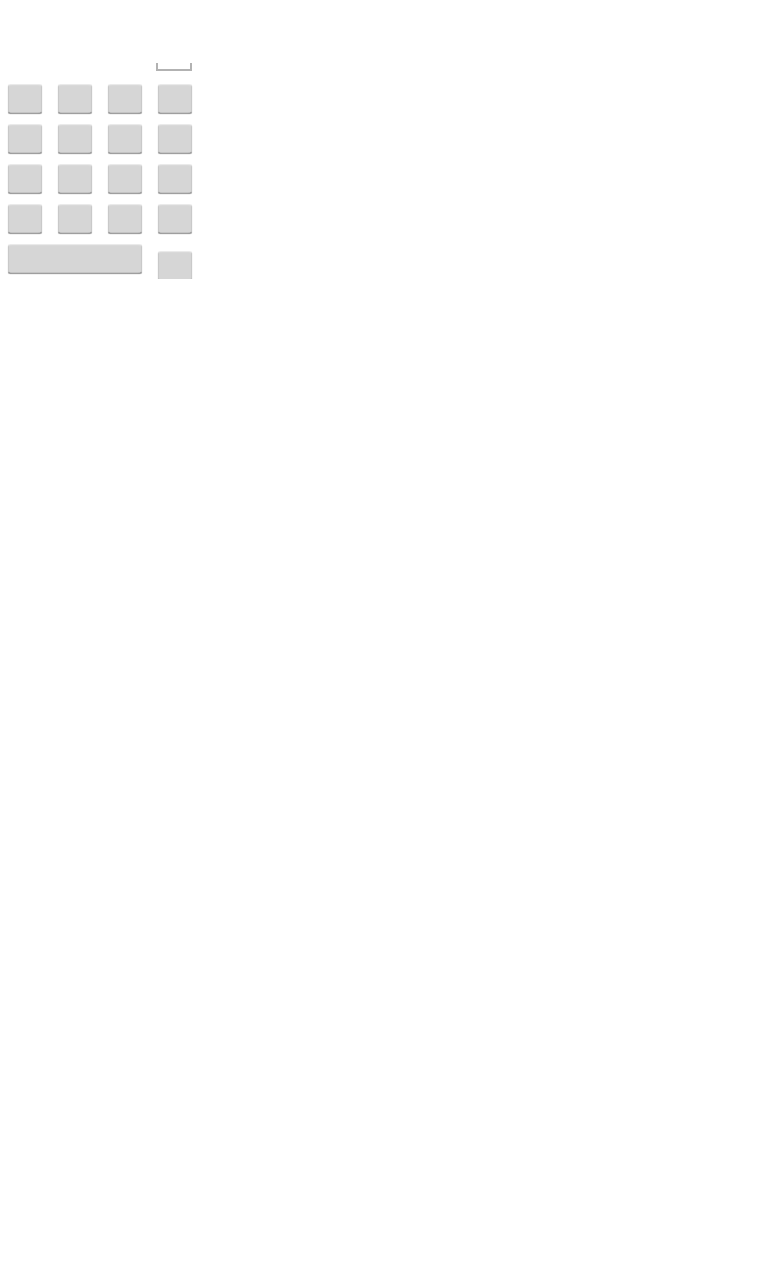
Repository: Free-Mind/eclipes
Layout: Calculator/res/layout/activity_main.xml
These files come from the project's save history. The layout is drawn as it stood at one moment and after the next save; the edit follows.
It is drawn on a 768 x 1280 px phone screen (xhdpi) without system bars, with theme AppTheme; the app's code is not run.

Above is the layout before, as saved 2015-04-17 17:08:33.

After the next save:
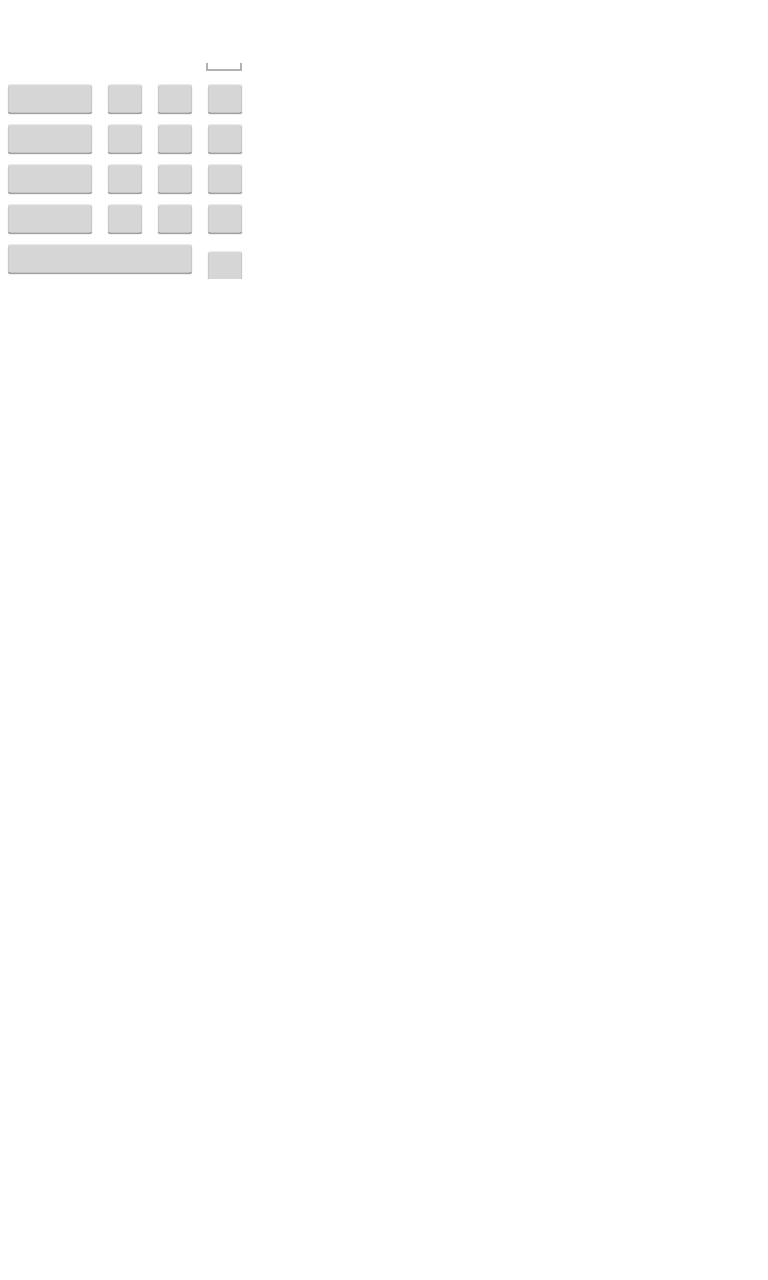
Saved 54 s later.
--- a/Calculator/res/layout/activity_main.xml
+++ b/Calculator/res/layout/activity_main.xml
@@ -34,7 +34,7 @@
 		         >
 		        <Button
 		            	android:id="@+id/bt_7"
-		            	android:layout_width="40px"
+		            	android:layout_width="100px"
 		            	android:layout_height="40px"
 		            	android:text="7"
 		            />

After the save that followed:
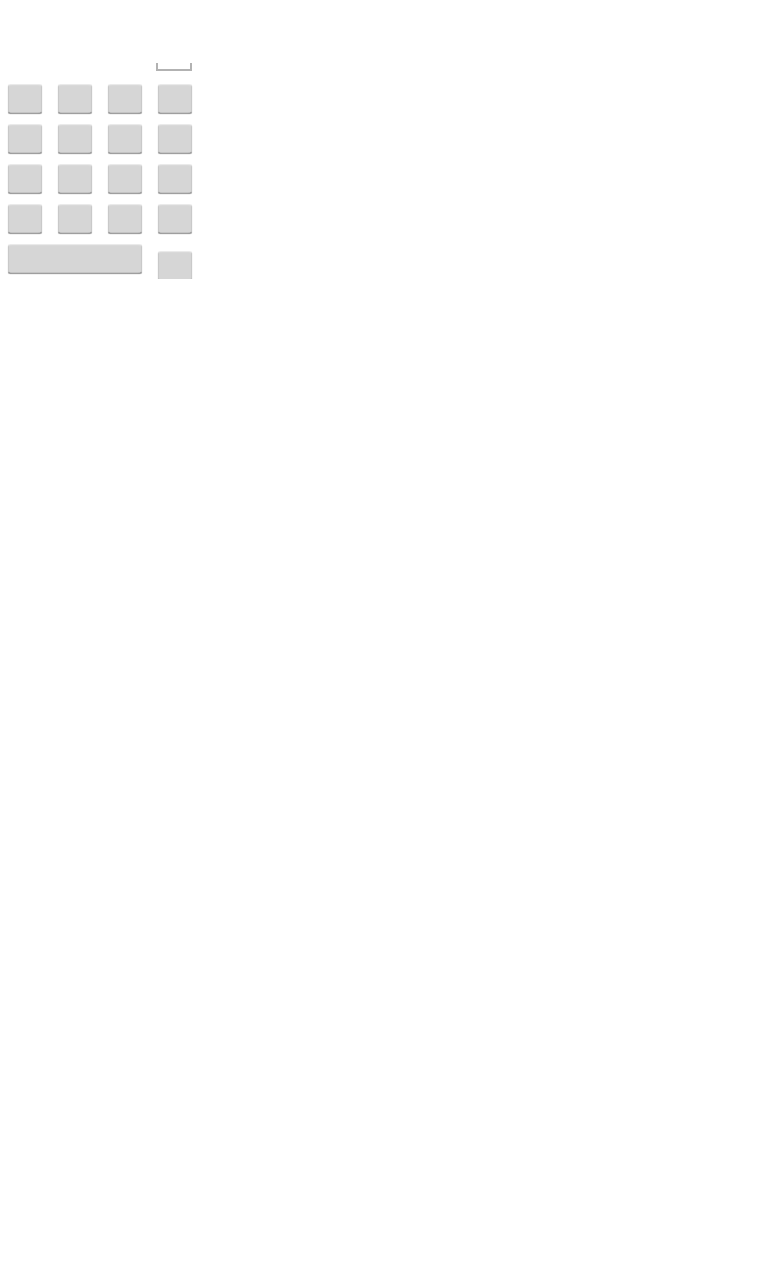
Saved 14 min 56 s later.
--- a/Calculator/res/layout/activity_main.xml
+++ b/Calculator/res/layout/activity_main.xml
@@ -34,7 +34,7 @@
 		         >
 		        <Button
 		            	android:id="@+id/bt_7"
-		            	android:layout_width="100px"
+		            	android:layout_width="40px"
 		            	android:layout_height="40px"
 		            	android:text="7"
 		            />
